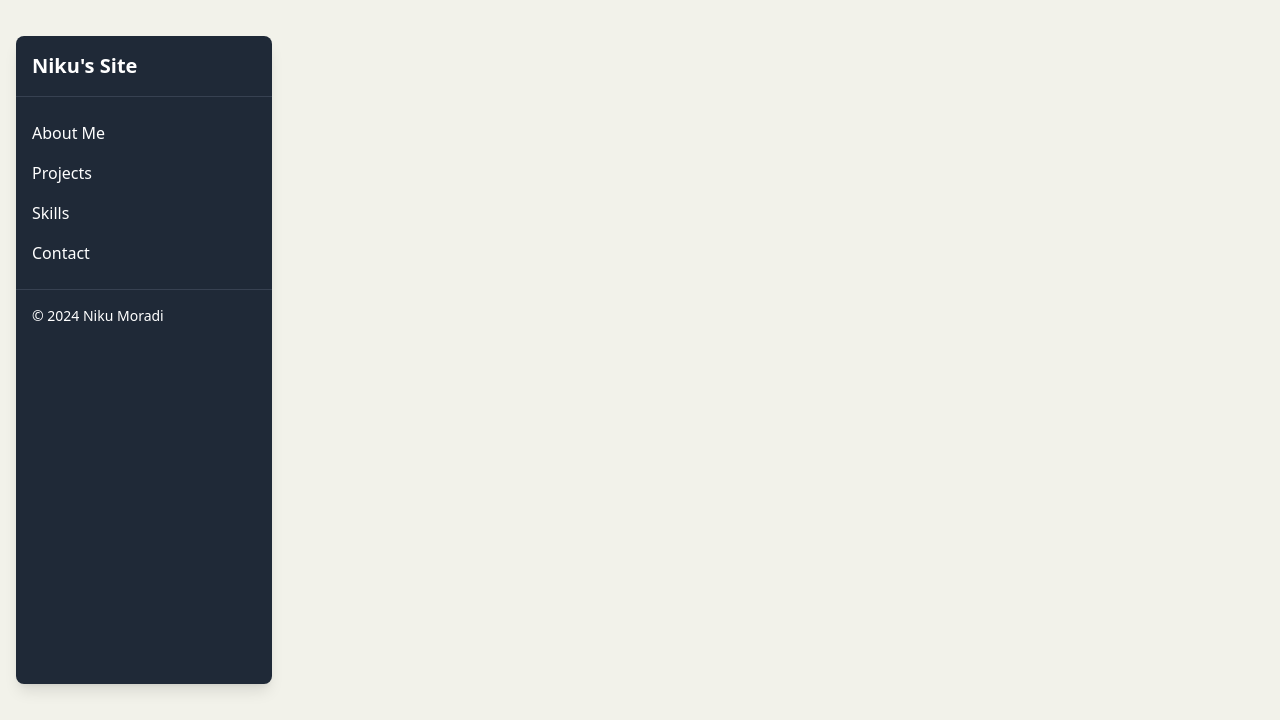
Repository: NikuMoradi/niku-moradi
Page: /About
An editor plug-in stored every save of this project. The page is shown before and after the next save, followed by the edit.
The browser window is 1280 px wide. The pictures show the whole page.
The project was rebuilt for these pictures with package versions that can differ from the ones it lists, and the page was loaded fresh each time. The framework's server and built-in components were replaced by stand-ins that run in the browser. Also part of the build but not shown: nuxt.config.ts, components/Blog Posts/Component-Design.vue, components/Blog.vue, components/Contact.vue, components/Education.vue, components/Experience.vue, components/Hero.vue, components/Menu.vue and 6 more.

Above is the page before, as saved 2024-11-28 10:17:41.

### assets/css/main.css
@tailwind base;
@tailwind components;
@tailwind utilities;

body {
  background-color: #f2f2ea; /* Light grayish-blue */
}

### components/LeftPanel.vue
<template>
  <div class="flex items-center h-screen">
    <div class="bg-gray-800 text-white h-[90vh] w-64 ml-4 rounded-lg shadow-lg">
      <div class="p-4 border-b border-gray-700">
        <h1 class="text-xl font-bold">Niku's Site</h1>
      </div>
      <nav class="p-4">
        <ul>
          <li class="py-2">
            <a href="#about" class="hover:text-gray-300">About Me</a>
          </li>
          <li class="py-2">
            <a href="#projects" class="hover:text-gray-300">Projects</a>
          </li>
          <li class="py-2">
            <a href="#skills" class="hover:text-gray-300">Skills</a>
          </li>
          <li class="py-2">
            <a href="#contact" class="hover:text-gray-300">Contact</a>
          </li>
        </ul>
      </nav>
      <div class="p-4 border-t border-gray-700">
        <p class="text-sm">© 2024 Niku Moradi</p>
      </div>
    </div>
  </div>
</template>

### app.vue
<template>
  <LeftPanel />
</template>

Loaded but not shown: tailwind.config.js (common file); plugins/aos.client.js (no copy from this time; the picture is the same without it)

After the next save:
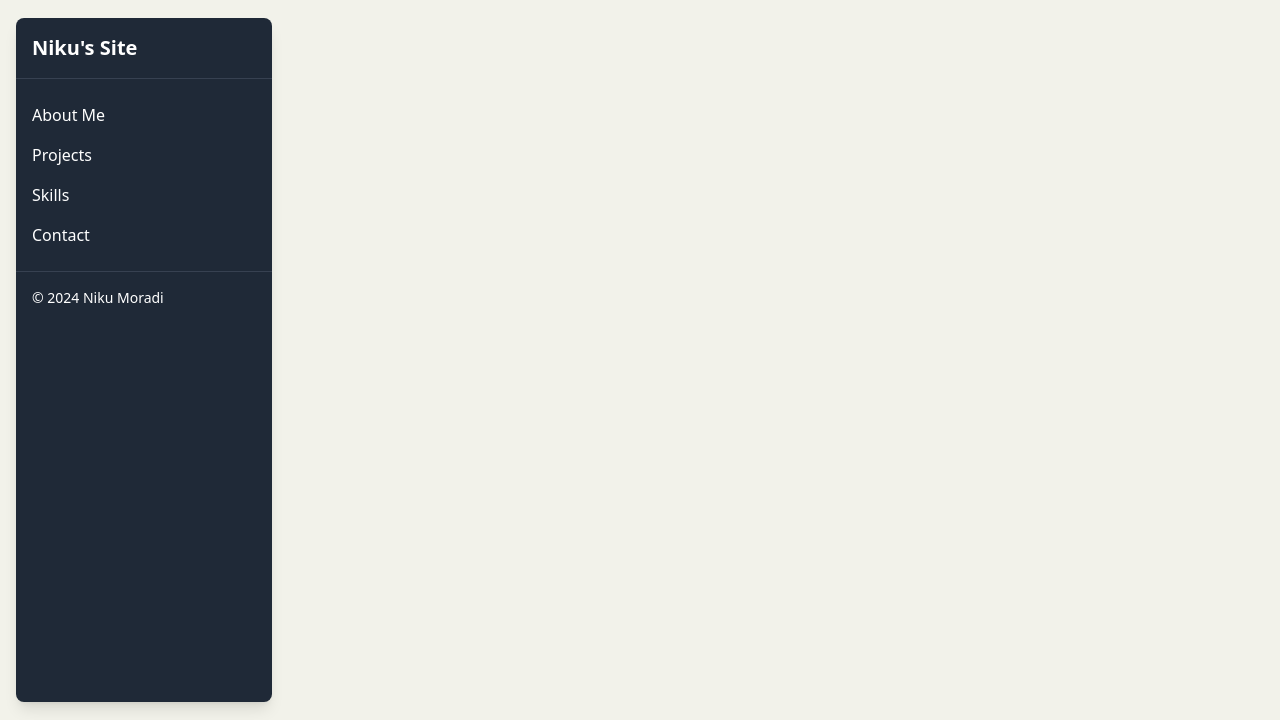
Saved 30 s later.
--- a/components/LeftPanel.vue
+++ b/components/LeftPanel.vue
@@ -1,6 +1,6 @@
 <template>
   <div class="flex items-center h-screen">
-    <div class="bg-gray-800 text-white h-[90vh] w-64 ml-4 rounded-lg shadow-lg">
+    <div class="bg-gray-800 text-white h-[95vh] w-64 ml-4 rounded-lg shadow-lg">
       <div class="p-4 border-b border-gray-700">
         <h1 class="text-xl font-bold">Niku's Site</h1>
       </div>
